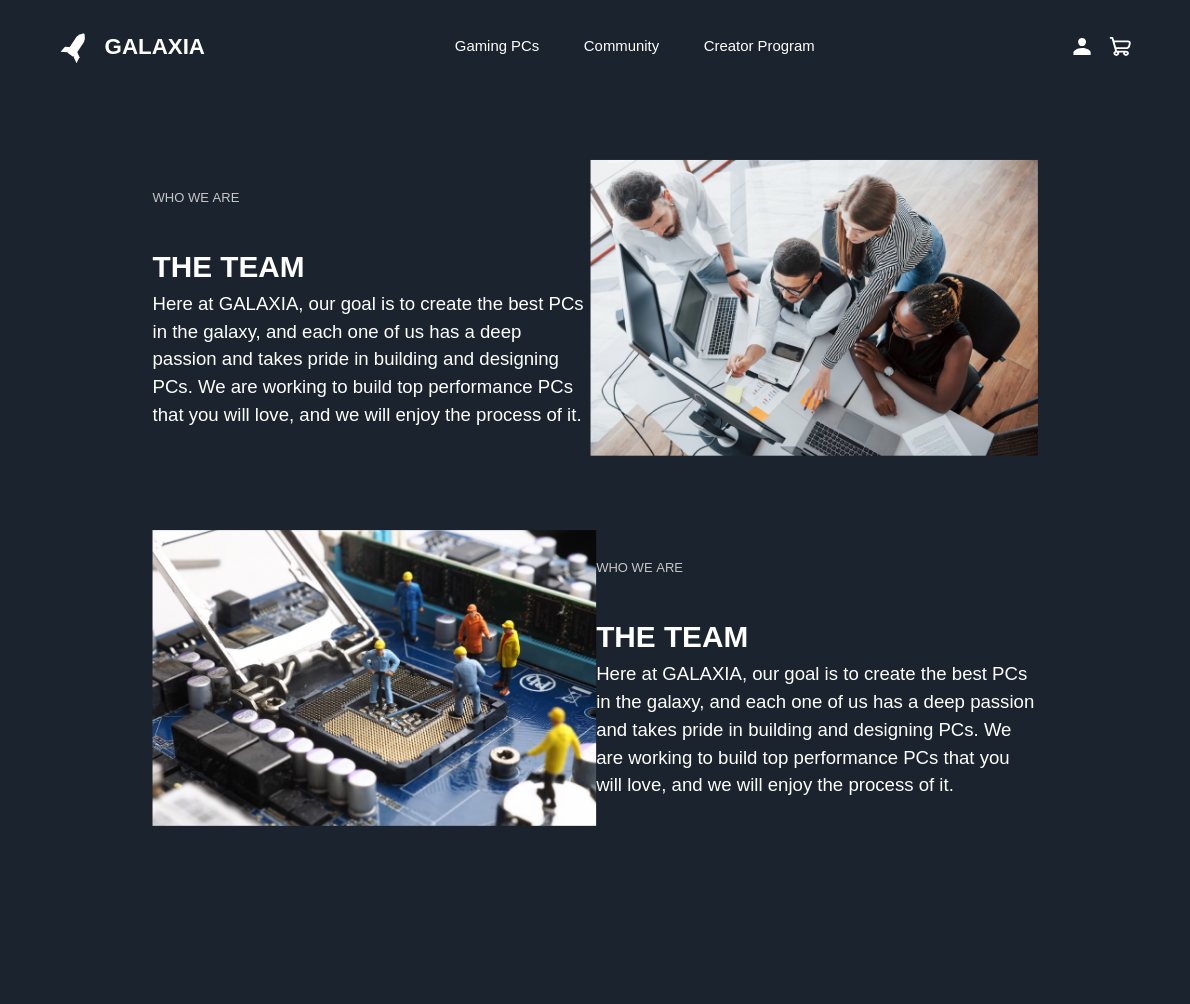
Repository: kaitlynlie/galaxia_pcs
Page: /community
An editor plug-in stored every save of this project. The page is shown before and after the next save, followed by the edit.
The browser window is 1280 px wide. The pictures show the part of the page from y = 0 to 1080 px (the page is 2383 px tall before and 2415 px after), at 93% of full size.
Pictures or frames that could not be fetched are drawn as grey boxes. Some web fonts or font styles are not loaded; a fallback is used. The project was rebuilt for these pictures with package versions that can differ from the ones it lists, and the page was loaded fresh each time. Also part of the build but not shown: vite.config.js, components/Button.jsx, components/PCcard.jsx, components/WhyFeatures.jsx, sections/Hero.jsx, sections/Triton.jsx, sections/Neptune.jsx, sections/Jupiter.jsx and 5 more. Imported but missing from the stored project, and not drawn on this page: src/assets/video.mp4.

Above is the page before, as saved 2023-08-08 18:34:25.

After the next save:
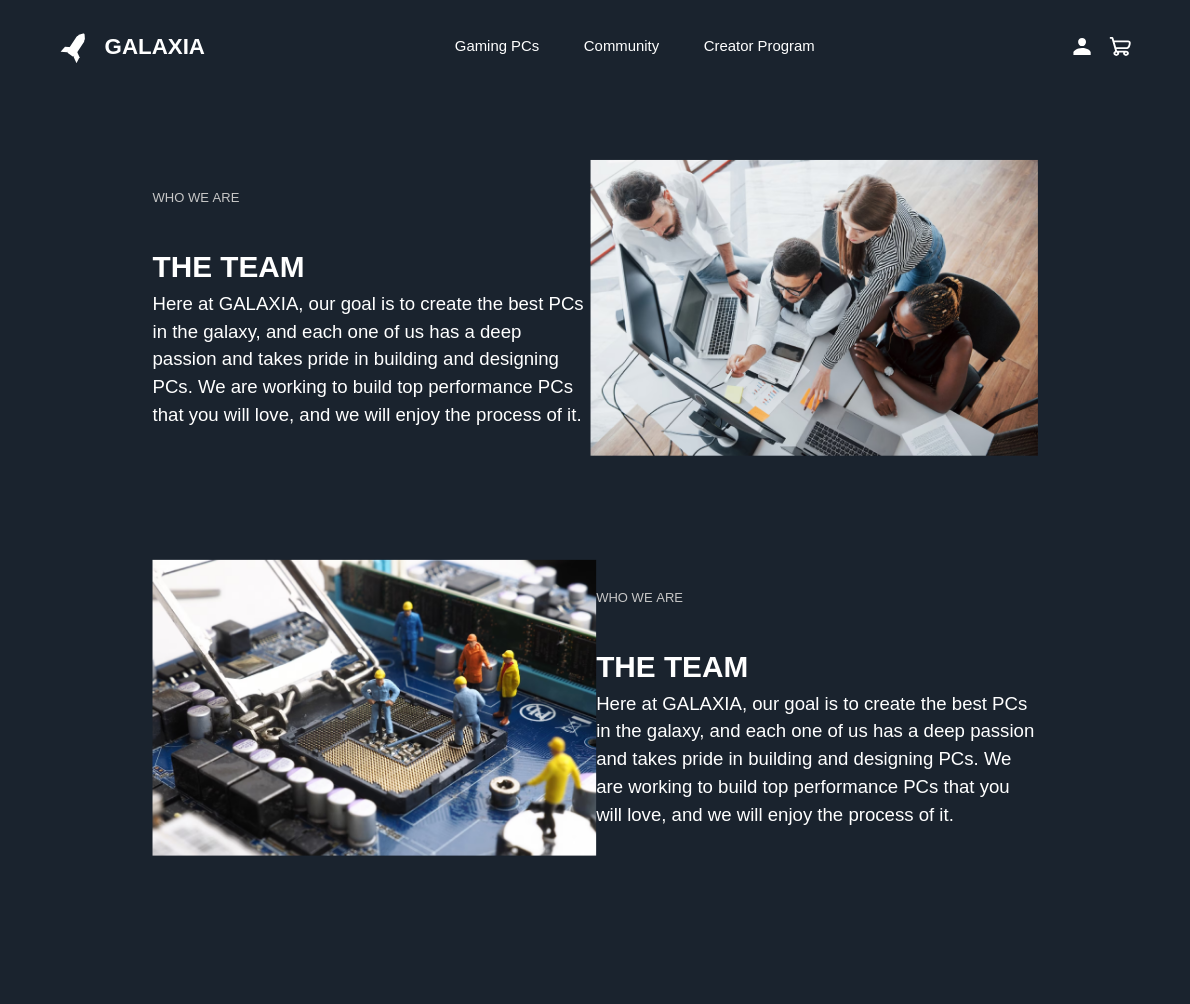
Saved 17 s later.
--- a/sections/People.jsx
+++ b/sections/People.jsx
@@ -6,7 +6,7 @@
 import { fadeIn, staggerContainer } from '../utils/motion';
 
 const People = () => (
-    <section className={`${styles.xPaddings} relative z-10 py-8 flex flex-col justify-center items-center mt-10`}>
+    <section className={`${styles.xPaddings} relative z-10 py-8 flex flex-col justify-center items-center mt-10 gap-8`}>
       <div className={`${styles.innerWidth} md:px-[100px] mb-0 items-center flex-row max-[1234px]:flex-col flex justify-between`}>
 
         {/* <div className='mr-24 max-[1234px]:mr-0'> */}
